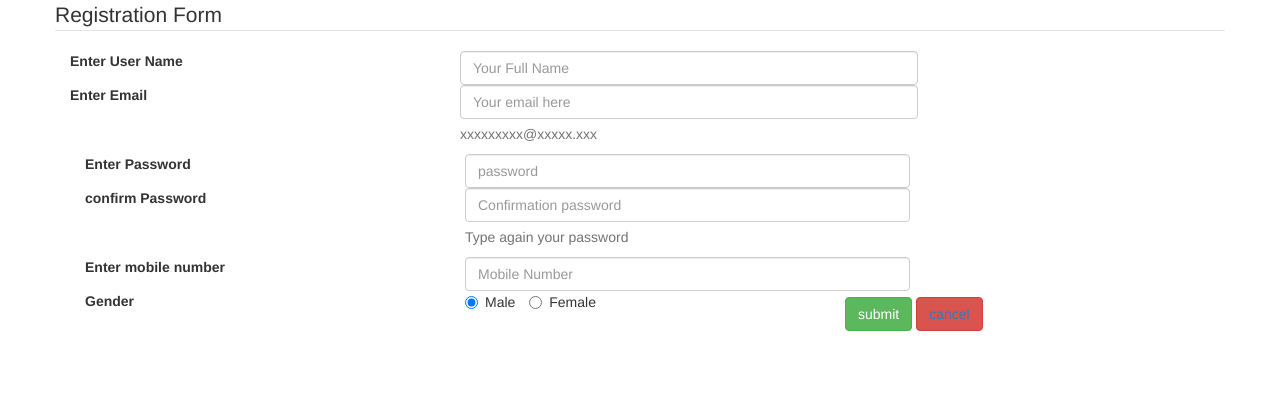
Repository: ashwinipatil321/ServletPrograms
Page: http://localhost/loginAndRegisterServlet/Register.jsp
An editor plug-in stored every save of this project. The page is shown before and after the next save, followed by the edit.
The browser window is 1280 px wide. The pictures show the whole page.
Some web libraries are served in a nearby version. The page is served by Tomcat 9.

Above is the page before, as saved 2017-11-07 06:58:10.

After the next save:
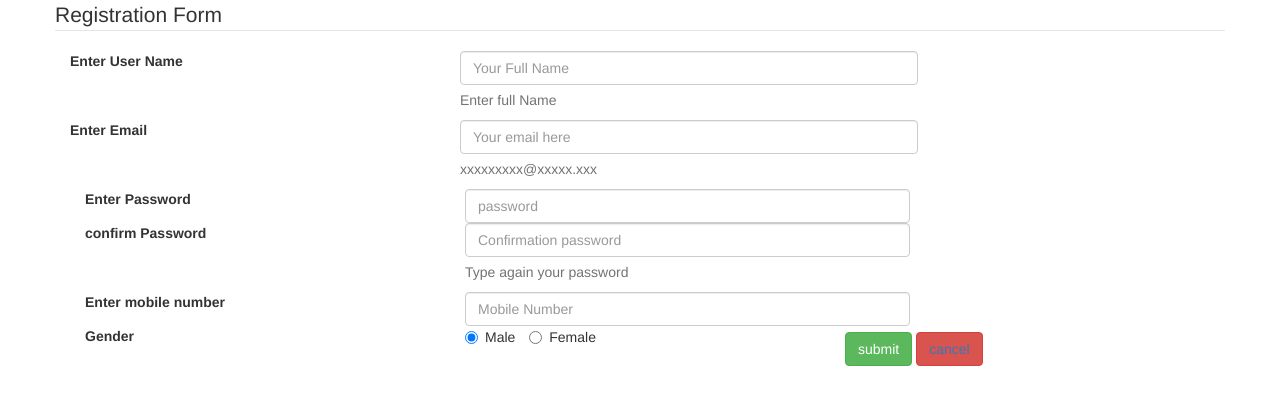
Saved 108 s later.
--- a/loginAndRegisterServlet/WebContent/Register.jsp
+++ b/loginAndRegisterServlet/WebContent/Register.jsp
@@ -101,6 +101,8 @@ text-align: center;
   <div class="col-md-5">
   <input id="UserName" name="UserName" type="text" placeholder="Your Full Name" class="form-control input-md" required="">
     <span id ="error1" style="color: red; font-size: 15px;"></span>
+        <span class="help-block">Enter full Name</span>
+
   </div>
 </div>
 
